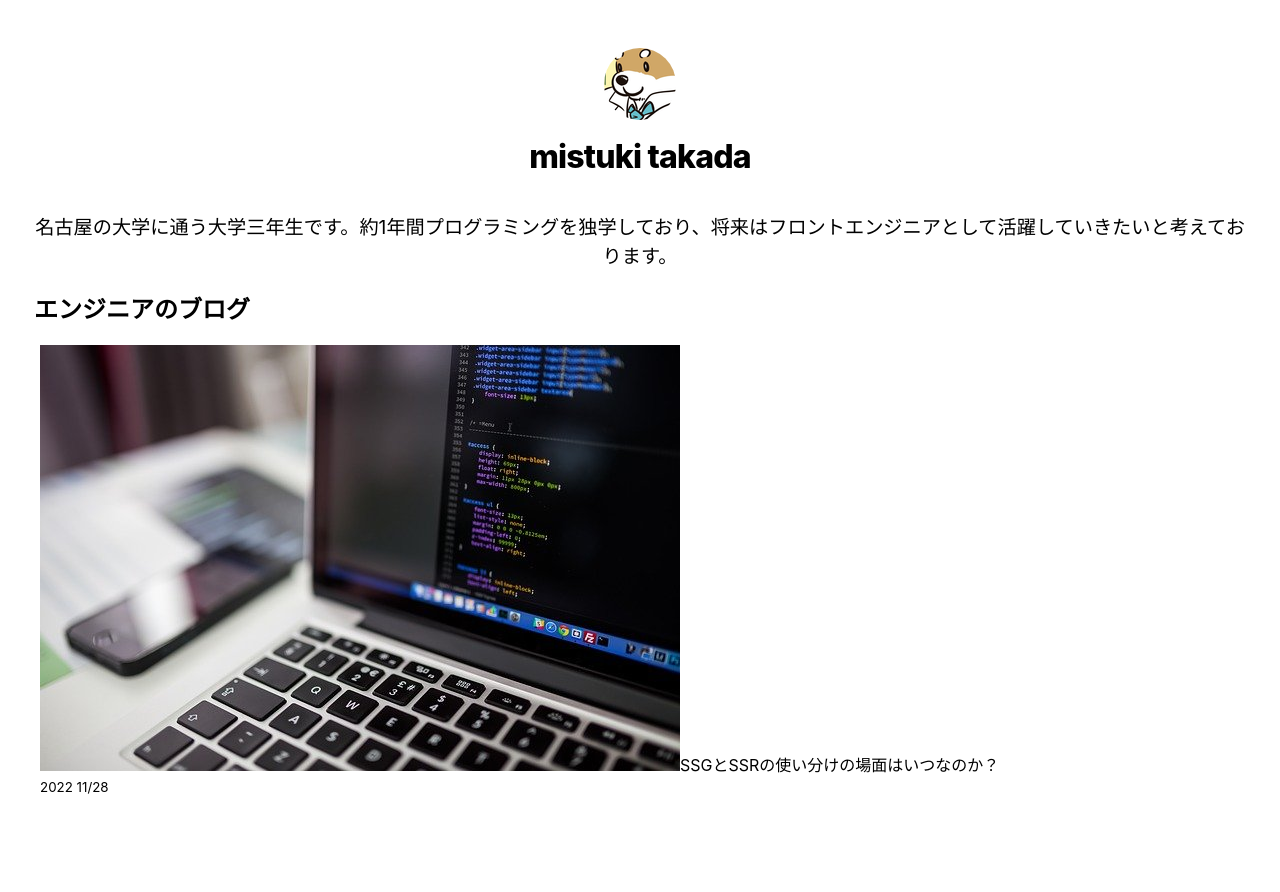
Repository: MitukiTakada/next-practice
Page: /
The author's editor kept a copy of each file at every save. The page is drawn from the files as they stood at one save, then again after the next save.
The browser window is 1280 px wide. The pictures show the whole page.
The project was rebuilt for these pictures with package versions that can differ from the ones it lists, and the page was loaded fresh each time. The framework's server and built-in components were replaced by stand-ins that run in the browser. Also part of the build but not shown: next.config.js.

Above is the page before, as saved 2022-10-01 16:27:59.

### pages/index.js
import Head from 'next/head'
import Image from 'next/image'
import Link from 'next/link'
import Layout from '../components/Layout'
import styles from '../styles/Home.module.css'
import utilStyle from "../styles/utils.module.css"

export default function Home() {
  return (
    <Layout>
      <section className={utilStyle.headingMd}>
        <p>名古屋の大学に通う大学三年生です。約1年間プログラミングを独学しており、将来はフロントエンジニアとして活躍していきたいと考えております。</p>
      </section>
      <section>
        <h2>エンジニアのブログ</h2>
        <div className={styles.grid}>
          <article>
            <Link href="/">
              <img src="/images/thumbnail01.jpg" className={styles.thunbnail}/>
            </Link>
            <Link href="/">
              <a>SSGとSSRの使い分けの場面はいつなのか？</a>
            </Link>
            <br/>
            <small>2022 11/28</small>
          </article>
        </div>
      </section>

    </Layout>
  )
}

### components/Layout.js
import Head from "next/head";
import styles from "./layout.module.css"
import utilStyles from "../styles/utils.module.css"
export const sitteTitle = "Next.js blog"

function Layout(props) {
  const {children} = props;
  return (
    <div className={styles.container}>
      <Head>
        <link rel="icon" href="/favicon.ico"/>
      </Head>
      <header className={styles.header}>
        <img src="/profile.png" className={utilStyles.borderCircle} />
        <h1 className={utilStyles.headingXl}>mistuki takada</h1>
      </header>
      <main>{children}</main>
    </div>
  );
}

export default Layout;

### styles/utils.module.css
.heading2Xl {
  font-size: 2.5rem;
  line-height: 1.2;
  font-weight: 800;
  letter-spacing: -0.05rem;
  margin-top: 1rem;
  margin-bottom: 0;
}

.headingXl {
  font-size: 2rem;
  line-height: 1.3;
  font-weight: 800;
  letter-spacing: -0.05rem;
  margin: 1rem 0;
}

.headingLg {
  font-size: 2rem;
  line-height: 1.4;
  margin-top: 0;
  font-weight: 500;
}

.headingMd {
  font-size: 1.2rem;
  line-height: 1.5;
  text-align: center;
}

.borderCircle {
  border-radius: 1000px;
}

.colorInherit {
  color: inherit;
}

.padding1px {
  padding-top: 1px;
}

.list {
  list-style: none;
  padding: 0;
  margin: 0;
}

.listItem {
  margin: 0 0 1.25rem;
}

.lightText {
  color: #999;
}

.boldText {
  color: black;
  font-weight: 550;
}

### components/layout.module.css
.container {
  max-width: 1244px;
  padding: 0 1rem;
  margin: 3rem auto 6rem;
}

.header {
  display: flex;
  flex-direction: column;
  align-items: center;
}

.headerImage {
  width: 6rem;
  height: 6rem;
}

.headerHomeImage {
  width: 8rem;
  height: 8rem;
}

.backToHome {
  margin: 3rem 0 0;
}

Loaded but not shown: pages/_app.js (common file); styles/globals.css (common file); styles/Home.module.css (common file)

After the next save:
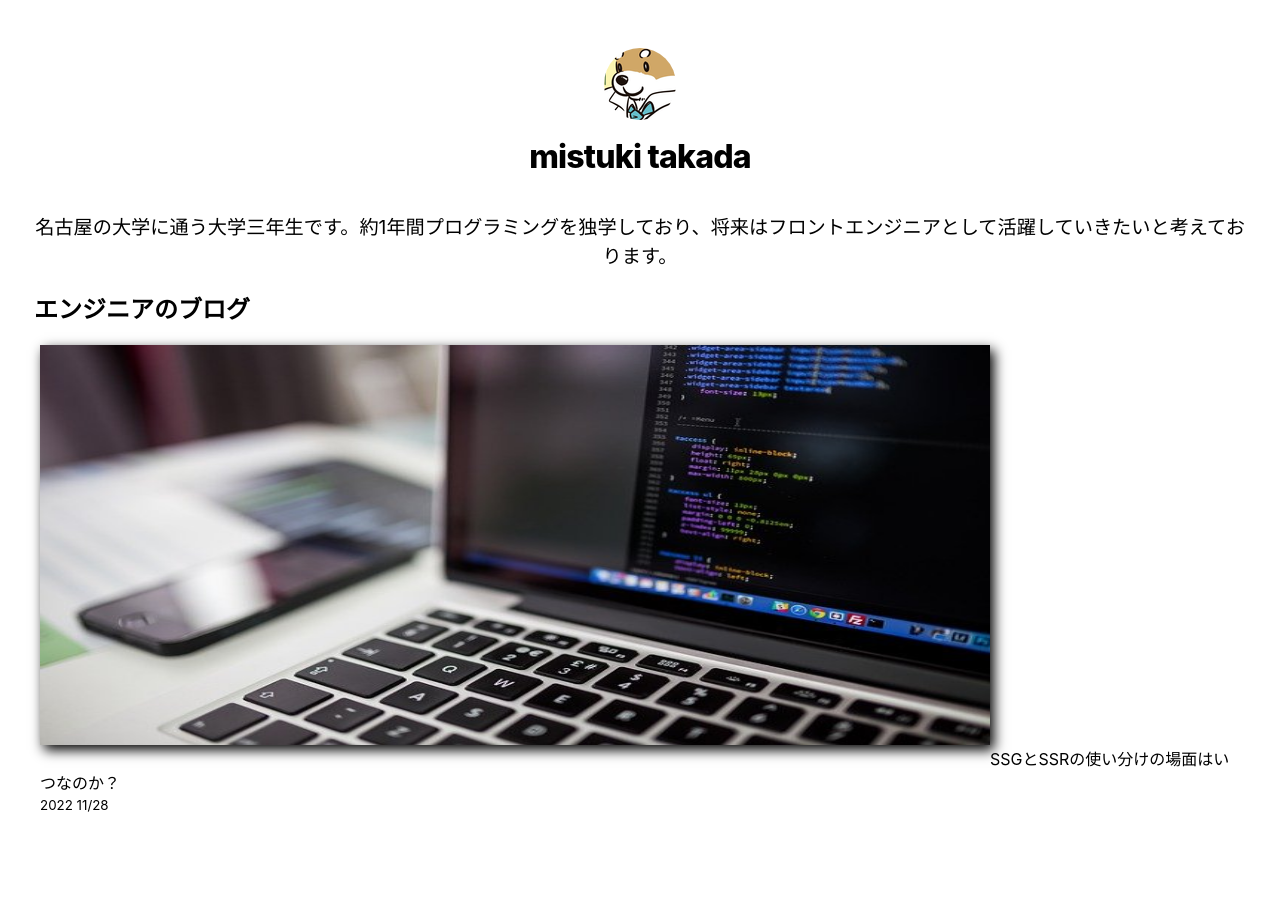
Saved 24 s later.
--- a/pages/index.js
+++ b/pages/index.js
@@ -16,7 +16,7 @@
         <div className={styles.grid}>
           <article>
             <Link href="/">
-              <img src="/images/thumbnail01.jpg" className={styles.thunbnail}/>
+              <img src="/images/thumbnail01.jpg" className={styles.thumbnailImage}/>
             </Link>
             <Link href="/">
               <a>SSGとSSRの使い分けの場面はいつなのか？</a>
